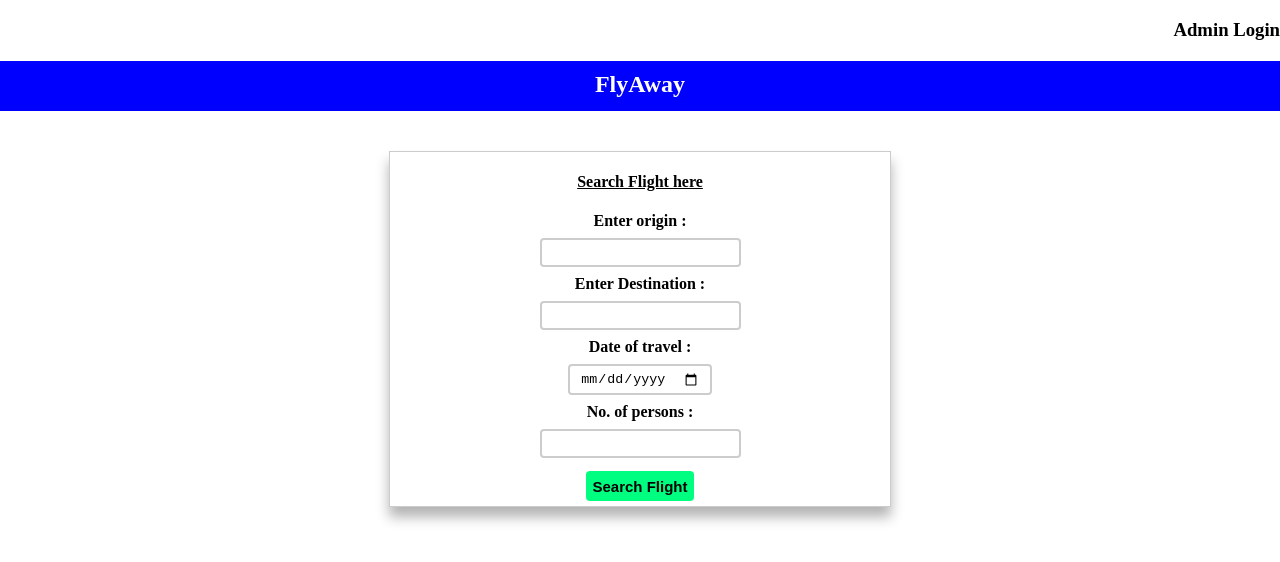
Repository: KartikMuchakandimath/Flyaway
Page: FlayAway/src/main/webapp/HomePage.html
An editor plug-in stored every save of this project. The page is shown before and after the next save, followed by the edit.
The browser window is 1280 px wide. The pictures show the whole page.

Above is the page before, as saved 2022-04-22 20:03:03.

After the next save:
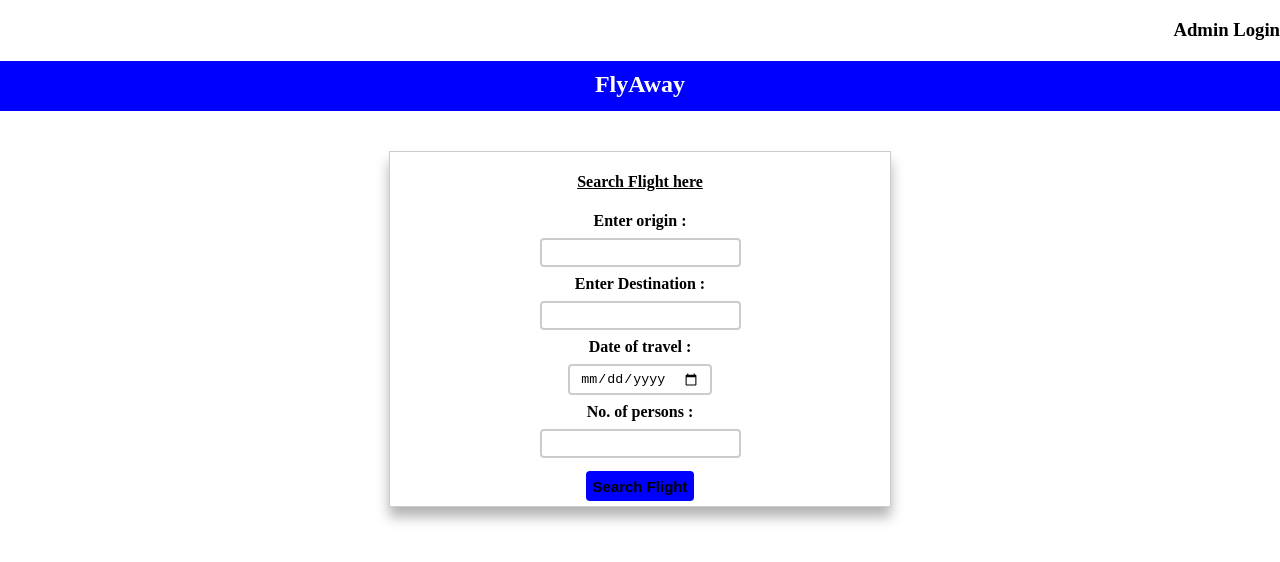
Saved 52 s later.
--- a/FlayAway/src/main/webapp/HomePage.html
+++ b/FlayAway/src/main/webapp/HomePage.html
@@ -45,7 +45,7 @@ button{
 	height: 30px;
 	display : inline-block;
 	font-size : 15px;
-	background-color: rgb(0, 255, 128);
+	background-color: rgb(0,0, 255);
 	margin : 5px;
 }
 </style>
